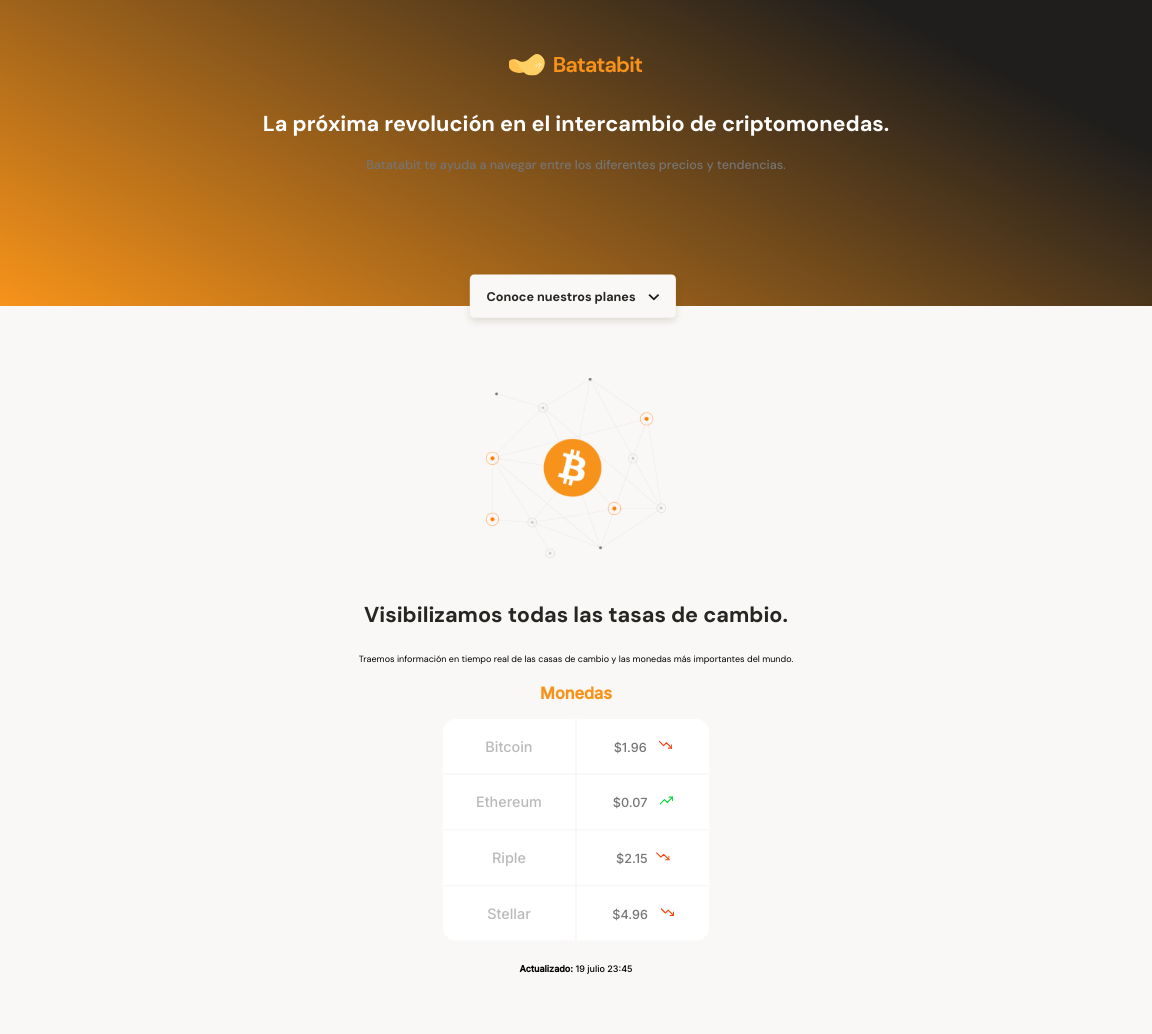
Repository: elto82/mobileFirst
Page: index.html
These files come from the project's save history. The page is drawn as it stood at one moment and after the next save; the edit follows.
The browser window is 1280 px wide. The pictures show the whole page, at 90% of full size.
Some web fonts or font styles are not loaded; a fallback is used.

Above is the page before, as saved 2022-06-07 18:50:14.

### index.html
<!DOCTYPE html>
<html lang="en">
  <head>
    <meta charset="UTF-8" />
    <meta http-equiv="X-UA-Compatible" content="IE=edge" />
    <meta name="viewport" content="width=device-width, initial-scale=1.0" />
    <link rel="preconnect" href="https://fonts.googleapis.com" />
    <link rel="preconnect" href="https://fonts.gstatic.com" crossorigin />
    <link
      href="https://fonts.googleapis.com/css2?family=DM+Sans:wght@400;500;700&family=Inter:wght@300;500&family=Poppins:ital,wght@0,300;1,400;1,600&family=Quicksand:wght@300;500;700&family=Roboto:wght@400;700&family=Rubik+Beastly&display=swap"
      rel="stylesheet"
    />
    <link rel="stylesheet" href="./style.css">
    <title>Document</title>
  </head>
  <body>
    <header>
        <img src="./assets/img/logo.svg" alt="">
        <div class="header-title-container">
            <h1>La próxima revolución en el intercambio de criptomonedas.</h1>
            <p>Batatabit te ayuda a navegar entre los diferentes precios y tendencias.  </p>
            <a href="" class="header-button">Conoce nuestros planes <span></span></a>
        </div>
    </header>
    <main>
      <section class="main-exchange-container">
          <div class="backgroundImg"></div>
          <div class="main-exchange-conintainer--title">
            <h2>Visibilizamos todas las tasas de cambio.</h2>
            <p>Traemos información en tiempo real de las casas de cambio y las monedas más importantes del mundo.</p>
          </div>
          <section class="main-tables-container">
              <div class="main-currency-table">
                <p class="currency-table--title">Monedas</p>
                <div class="currency-table--container">
                  <table>
                    <tr>
                      <td class="table__top-left">Bitcoin</td>
                      <td class="table__top-right table__right" >$1.96 <span class="down"></span></td>
                    </tr>
                    <tr>
                      <td>Ethereum</td>
                      <td class="table__right">$0.07 <span class="up"></span></td>
                    </tr>
                    <tr>
                      <td>Riple</td>
                      <td class="table__right">$2.15<span class="down"></span></td>
                    </tr>
                    <tr>
                      <td class="table__bottom-left">Stellar</td>
                      <td class="table__botton-right table__right">$4.96 <span class="down"></span></td>
                    </tr>
                  </table>
                </div>
                <div class="currency-table--date">
                  <p><b> Actualizado:</b> 19 julio 23:45</p>
                </div>
              </div>
          </section>
      </section>
      <section></section>
      <section></section>
      <section></section>
    </main>
    <footer></footer>
  </body>
</html>

### style.css
/*
1. Posicionamiento
2. Modelo de caja (box model)
3. Tipografia
4.Visuales
5. Otros
*/
:root{
    /* colores */
    --bitcoin-orange:#f7931a;
    --soft-orange: #ffe9d5;
    --secondary-blue:#1a9af7;
    --soft-blue: #e7f5ff;
    --warm-black: #201e1c;
    --black:#282623;
    --grey:#bababa;
    --off-white:#faf8f7;
    --just-white:#fff;

}
*{
    box-sizing: border-box;
    margin: 0;
    padding: 0;
}
html{
    font-size: 62.5%;
    font-family: 'DM Sans', sans-serif;;
}
header{
    position: relative;
    display: flex;
    flex-direction: column;
    justify-content: center;
    width: 100%;
    min-width: 32rem;
    height: 34rem;
    text-align: center;
    background: linear-gradient(207.8deg, #201e1c 16.69%, #f7931a 100%);
}
header img{
    width: 15rem;
    height: 2.4rem;
    margin-top: 6rem;
    align-self: center;
}
.header-title-container{
    width: 90%;
    min-width: 28.8rem;
    max-width: 90rem;
    height: 21.8rem;
    margin-top: 4rem;
    text-align: center;
    align-self: center;
}
.header-title-container h1{
    font-size: 2.4rem;
    font-weight: bold;
    line-height: 2.6rem;
    color: var(--just-white);
}
.header-title-container p{
    margin-top: 2.5rem;
    font-size: 1.4rem;
    font-weight: 500;
    line-height: 1.8rem;
    color: var(--soft-orange);
}
.header-title-container .header-button{
    position: absolute;
    left: calc(50% - 11.8rem);
    top: 27rem;
    display: block;
    margin-top: 3.5rem;
    padding: 1.5rem;
    width: 22.9rem;
    height: 4.8rem;
    background-color: var(--off-white);
    box-shadow: 0px 4px 8px rgba(89, 73, 30, 0.16);
    border: none;
    border-radius: 0.5rem;
    font-size: 1.4rem;
    font-weight: bold;
    text-decoration: none;
    color: var(--black);
}
.header-button span{
    display: inline-block;
    width: 1.3rem;
    height: 0.8rem;
    margin-left: 1rem;
    background-image: url('./assets/icons/down-arrow.svg');
}
main{
    width: 100%;
    height: auto;
    background-color: var(--off-white);
}
.main-exchange-container{
    width: 100%;
    height: auto;
    padding-top: 8rem;
    padding-bottom: 3rem;
    text-align: center;
}
.main-exchange-conintainer--title{
    width: 90%;
    min-width: 28.8rem;
    max-width: 90rem;
    margin: 0 auto;
}
.main-exchange-container .backgroundImg{
    width: 20rem;
    height: 20rem;
    margin: 0 auto;
    margin-bottom: 5rem;
    background-image: url('./assets/img/Bitcoin.svg');
    background-size: cover;
    background-position: center;
    background-repeat: no-repeat;
}
.main-exchange-container h2{
    margin-bottom: 3rem;
    font-size: 2.4rem;
    font-weight: bold;
    line-height: 2.6rem;
    color: var(--black);
}
.header-title-container p{
    margin-bottom: 3rem;
    font-size: 1.4rem;
    font-weight: 500;
    line-height: 1.6rem;
    color: #757575;
}
.main-currency-table{
    width: 70%;
    min-width: 23.5rem;
    max-width: 50re;
    height: 36rem;
    margin: 0 auto;
    font-family: 'Inter', 'sans-serif';
}
.main-currency-table .currency-table--title{
    margin-top: 2rem;
    margin-bottom: 1.5rem;
    font-size: 1.8rem;
    font-weight: bold;
    line-height: 2.3rem;
    color: var(--bitcoin-orange);
}
.currency-table--container{
    width: 90%;
    min-width: 23rem;
    max-width: 30rem;
    height: 25rem;
    margin: 0 auto;
}
.currency-table--container table{
    width: 100%;
    height: 100%;
}
.currency-table--container td{
    width: 50%;
    font-size: 1.6rem;
    font-weight: 500;
    line-height: 1.9rem;
    color: var(--grey);
    background-color: var(--just-white);
}
.currency-table--container .table__top-left{
    border-radius: 1.5rem 0 0 0;
}
.currency-table--container .table__top-right{
    border-radius: 0 1.5rem 0 0;
}
.currency-table--container .table__bottom-left{
    border-radius: 0 0 0 1.5rem;
}
.currency-table--container .table__botton-right{
    border-radius: 0 0 1.5rem 0;
}
.currency-table--container .table__right{
    font-size: 1.4rem;
    font-weight: normal;
    line-height: 1.7rem;
    color: #757575;
}
.currency-table--container .down{
    display: inline-block;
    width: 1.5rem;
    height: 1.5rem;
    margin-left: 1rem;
    background-image: url('./assets/icons/trending-down.svg');
    background-size: cover;
    background-position: center;
    background-repeat: no-repeat;
}
.currency-table--container .up{
    display: inline-block;
    width: 1.5rem;
    height: 1.5rem;
    margin-left: 1rem;
    background-image: url('./assets/icons/trending-up.svg');
    background-size: cover;
    background-position: center;
    background-repeat: no-repeat;
}
.currency-table--date{
    width: 19rem;
    height: 3rem;
    margin: 0 auto;
    margin-top: 1.5rem;
    padding: 0.8rem;
}

After the next save:
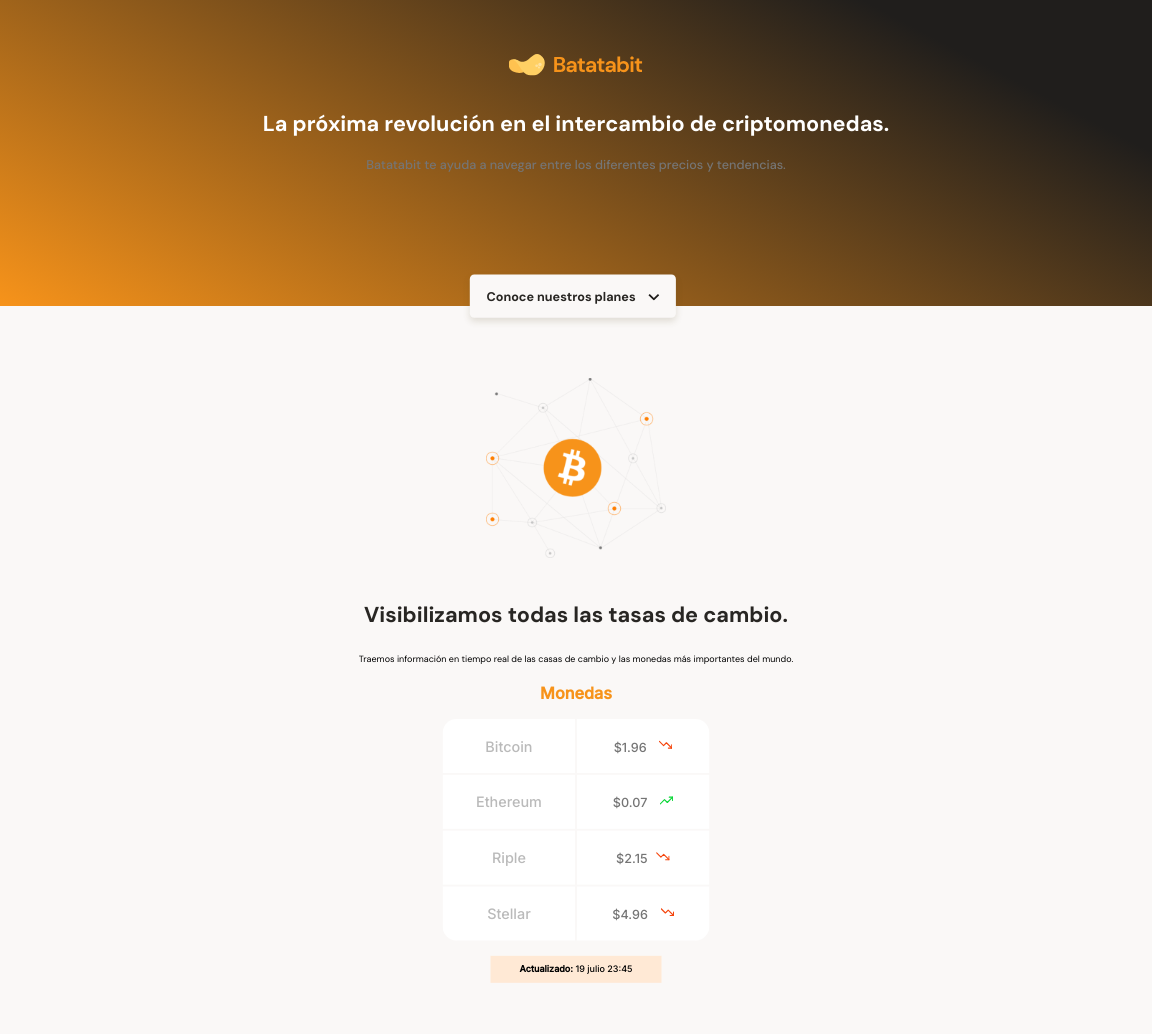
Saved 19 s later.
--- a/style.css
+++ b/style.css
@@ -212,4 +212,5 @@
     margin: 0 auto;
     margin-top: 1.5rem;
     padding: 0.8rem;
-}
+    background-color: var(--soft-orange);
+}
